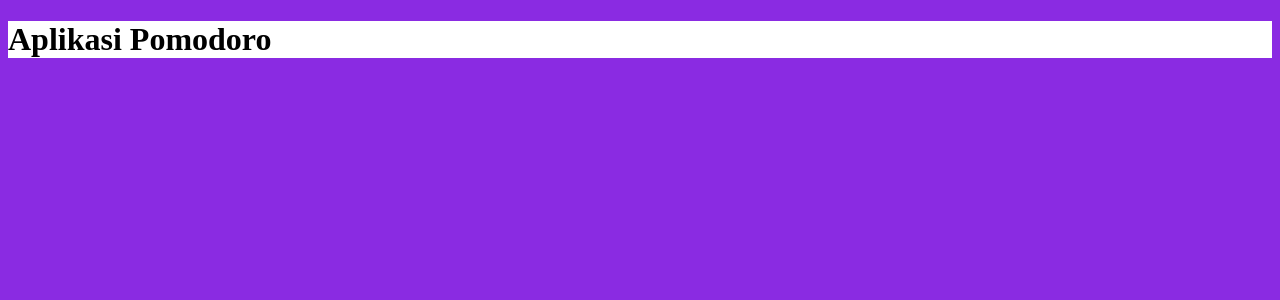
Repository: sellayspy/aplikasiPomodoro
Page: /
These files come from the project's save history. The page is drawn as it stood at one moment and after the next save; the edit follows.
The browser window is 1280 px wide. The pictures show the whole page.
The project was rebuilt for these pictures with package versions that can differ from the ones it lists, and the page was loaded fresh each time. Also part of the build but not shown: vite.config.js.

Above is the page before, as saved 2024-11-25 12:56:41.

After the next save:
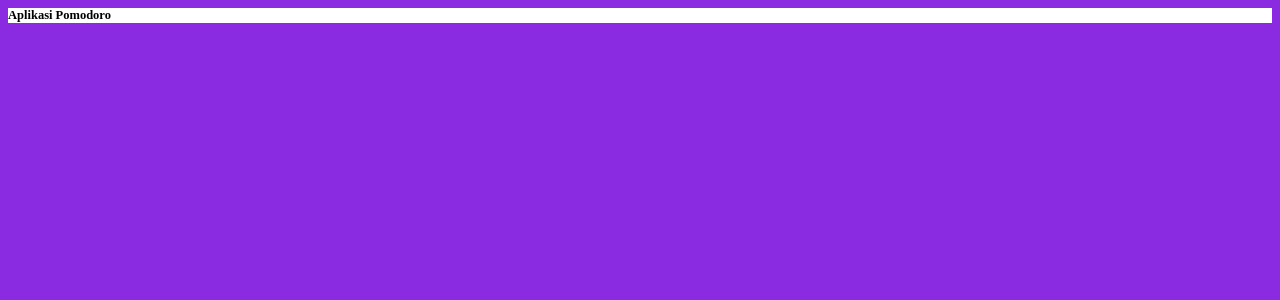
Saved 66 s later.
--- a/src/main.jsx
+++ b/src/main.jsx
@@ -6,6 +6,7 @@
 const GlobalStyle = createGlobalStyle`
   html,body{
     background-color: blueviolet;
+    font-size: 62.5%;
   }
 `;
 

After the save that followed:
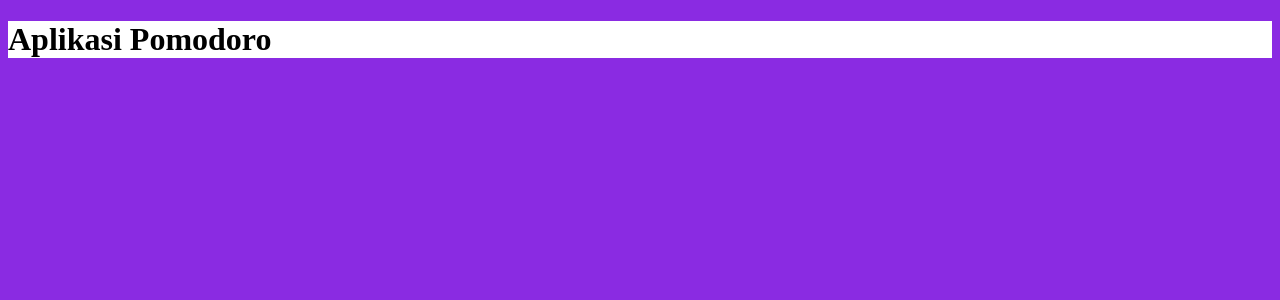
Saved 16 s later.
--- a/src/main.jsx
+++ b/src/main.jsx
@@ -8,6 +8,10 @@
     background-color: blueviolet;
     font-size: 62.5%;
   }
+
+  body{
+    font-size: 1.6rem;
+  }
 `;
 
 createRoot(document.getElementById("root")).render(
